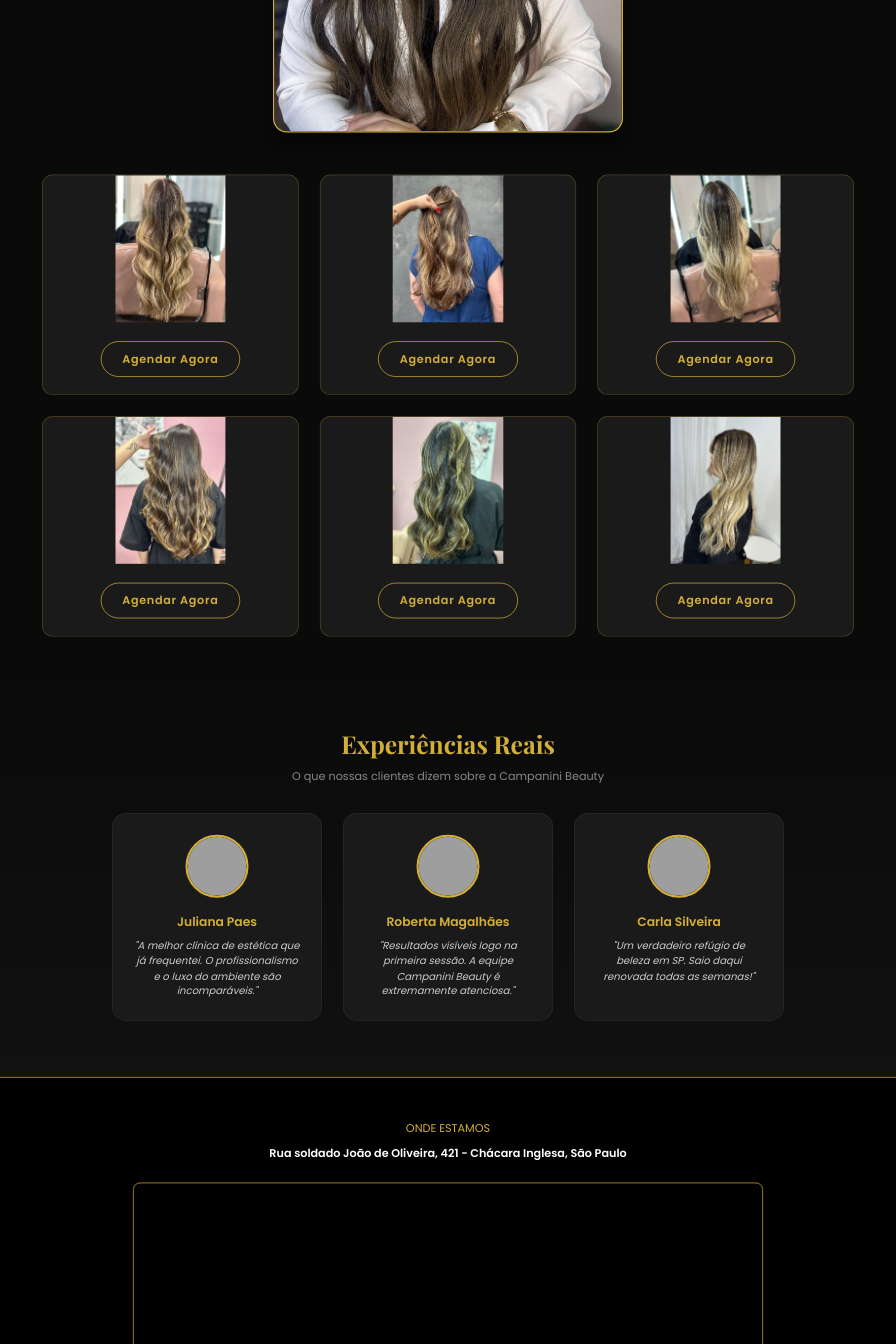
Repository: Sandro1969-tech/campanini-beauty
Page: index.html
The author's editor kept a copy of each file at every save. The page is drawn from the files as they stood at one save, then again after the next save.
The browser window is 1280 px wide. The pictures show the part of the page from y = 729 to 2649 px (the page is 2921 px tall before and 2941 px after), at 70% of full size.
Pictures or frames that could not be fetched are drawn as grey boxes.

Above is the page before, as saved 2026-02-17 19:55:58.

### index.html
<!DOCTYPE html>
<html lang="pt-br">
<head>
    <meta charset="UTF-8">
    <meta name="viewport" content="width=device-width, initial-scale=1.0">
    <title>Campanini Beauty | Clínica Premium</title>
    <link rel="icon" href="assets/image/favicon.png" type="image/x-icon">
    <link href="https://fonts.googleapis.com/css2?family=Playfair+Display:wght@700&family=Poppins:wght@300;400;600&display=swap" rel="stylesheet">
    <link rel="stylesheet" href="https://cdnjs.cloudflare.com/ajax/libs/font-awesome/6.0.0/css/all.min.css">

    <style>
        :root {
            --gold: #D4AF37;
            --gold-light: #F1D592;
            --black: #0a0a0a;
            --dark-gray: #1a1a1a;
            --white: #ffffff;
            --transition: all 0.4s cubic-bezier(0.175, 0.885, 0.32, 1.275);
        }

        .light-mode {
            --black: #f4f4f4;
            --dark-gray: #ffffff;
            --white: #0a0a0a;
        }

        * { margin: 0; padding: 0; box-sizing: border-box; }

        body {
            background-color: var(--black);
            color: var(--white);
            font-family: 'Poppins', sans-serif;
            transition: background 0.5s ease;
            overflow-x: hidden;
        }

        header {
            padding: 15px 30px;
            display: flex;
            justify-content: space-between;
            align-items: center;
            background: rgba(0,0,0,0.9);
            position: sticky;
            top: 0;
            z-index: 1000;
            border-bottom: 1px solid var(--gold);
        }

        .logo img { height: 50px; }

        .theme-switch { cursor: pointer; font-size: 1.5rem; color: var(--gold); }

        /* --- TÍTULO PULSANTE ATUALIZADO --- */
        .pulsing-title {
            font-family: 'Playfair Display', serif;
            font-size: 3.5rem;
            text-align: center;
            color: var(--gold);
            margin: 40px 0;
            animation: pulse 2.5s infinite;
            letter-spacing: 2px;
        }

        @keyframes pulse {
            0% { transform: scale(1); text-shadow: 0 0 5px rgba(212, 175, 55, 0.2); }
            50% { transform: scale(1.05); text-shadow: 0 0 25px var(--gold); }
            100% { transform: scale(1); text-shadow: 0 0 5px rgba(212, 175, 55, 0.2); }
        }

        /* --- IMAGEM PRINCIPAL CENTRALIZADA E MENOR --- */
        .hero {
            width: 100%;
            display: flex;
            justify-content: center;
            padding: 10px 20px;
        }

        .hero img {
            max-width: 500px; /* Tamanho reduzido para não ocupar a tela toda */
            width: 100%;
            height: auto;
            border-radius: 20px;
            object-fit: cover;
            border: 2px solid var(--gold);
            box-shadow: 0 15px 35px rgba(0,0,0,0.6);
        }

        /* --- GRID DE SERVIÇOS --- */
        .container { max-width: 1200px; margin: 50px auto; padding: 0 20px; }
        .grid { display: grid; grid-template-columns: repeat(auto-fit, minmax(280px, 1fr)); gap: 30px; }

        .card {
            background: var(--dark-gray);
            border: 1px solid rgba(212, 175, 55, 0.3);
            border-radius: 15px;
            overflow: hidden;
            text-align: center;
            padding-bottom: 25px;
            transition: var(--transition);
        }

        .card:hover {
            transform: translateY(-10px);
            border-color: var(--gold);
            box-shadow: 0 10px 30px rgba(212, 175, 55, 0.2);
        }

        .card img {
            width: 100%;
            height: 210px;
            object-fit: contain; /* Garante que a imagem não fique esticada */
        }

        /* --- SEÇÃO DE DEPOIMENTOS --- */
        .testimonials-section {
            padding: 80px 20px;
            background: linear-gradient(180deg, var(--black) 0%, #111 100%);
            text-align: center;
        }

        .testimonials-grid {
            display: flex;
            justify-content: center;
            flex-wrap: wrap;
            gap: 30px;
            margin-top: 40px;
        }

        .testimonial-card {
            background: var(--dark-gray);
            padding: 30px;
            border-radius: 20px;
            width: 300px;
            border: 1px solid rgba(212, 175, 55, 0.1);
            position: relative;
        }

        .testimonial-card img {
            width: 90px;
            height: 90px;
            border-radius: 50%;
            border: 3px solid var(--gold);
            margin-bottom: 15px;
            object-fit: cover;
        }

        .testimonial-card h4 { color: var(--gold); margin-bottom: 10px; font-size: 1.1rem; }
        .testimonial-card p { font-style: italic; font-size: 0.9rem; color: #ccc; line-height: 1.5; }

        .btn-booking {
            display: inline-block;
            margin-top: 20px;
            padding: 12px 30px;
            background: transparent;
            color: var(--gold);
            border: 1px solid var(--gold);
            border-radius: 50px;
            text-decoration: none;
            font-weight: 600;
            letter-spacing: 1px;
            transition: var(--transition);
        }

        .btn-booking:hover {
            background: var(--gold);
            color: var(--black);
            transform: scale(1.05);
        }

        /* WhatsApp */
        .whatsapp-float {
            position: fixed; bottom: 30px; right: 30px;
            background: #25d366; color: white;
            width: 60px; height: 60px; border-radius: 50%;
            display: flex; align-items: center; justify-content: center;
            font-size: 30px; z-index: 1000; text-decoration: none;
            box-shadow: 0 4px 15px rgba(0,0,0,0.3);
        }

        footer { padding: 60px 20px; text-align: center; border-top: 1px solid var(--gold); background: #000; }
        .map-container { margin: 30px auto; max-width: 900px; height: 350px; border: 1px solid var(--gold); border-radius: 10px; overflow: hidden; }

    </style>
</head>
<body>

    <header>
        <div class="logo">
            <img src="assets/image/Logo escrito 'Campan.png" alt="Campanini Beauty">
        </div>
        <div class="theme-switch" onclick="toggleTheme()">
            <i id="theme-icon" class="fas fa-moon"></i>
        </div>
    </header>

    <h1 class="pulsing-title">Campanini Beauty</h1>

    <div class="hero">
        <img src="assets/image/principal.jpg" alt="Destaque Campanini Beauty">
    </div>

    <div class="container">
        <div class="grid">
            <div class="card">
                <img src="assets/image/imagem1.jpg" alt="Procedimento">
                <a href="#" class="btn-booking">Agendar Agora</a>
            </div>
            <div class="card">
                <img src="assets/image/imagem2.jpg" alt="Procedimento">
                <a href="#" class="btn-booking">Agendar Agora</a>
            </div>
            <div class="card">
                <img src="assets/image/imagem3.jpg" alt="Procedimento">
                <a href="#" class="btn-booking">Agendar Agora</a>
            </div>
                        <div class="card">
                <img src="assets/image/imagem4.jpg" alt="Procedimento">
                <a href="#" class="btn-booking">Agendar Agora</a>
            </div>
            <div class="card">
                <img src="assets/image/imagem5.jpg" alt="Procedimento">
                <a href="#" class="btn-booking">Agendar Agora</a>
            </div>
            <div class="card">
                <img src="assets/image/imagem6.jpg" alt="Procedimento">
                <a href="#" class="btn-booking">Agendar Agora</a>
            </div>

        </div>
    </div>

    <section class="testimonials-section">
        <h2 style="font-family: 'Playfair Display'; color: var(--gold); font-size: 2.2rem; margin-bottom: 10px;">Experiências Reais</h2>
        <p style="color: #888;">O que nossas clientes dizem sobre a Campanini Beauty</p>

        <div class="testimonials-grid">
            <div class="testimonial-card">
                <img src="https://randomuser.me/api/portraits/women/32.jpg" alt="Cliente">
                <h4>Juliana Paes</h4>
                <p>"A melhor clínica de estética que já frequentei. O profissionalismo e o luxo do ambiente são incomparáveis."</p>
            </div>
            <div class="testimonial-card">
                <img src="https://randomuser.me/api/portraits/women/45.jpg" alt="Cliente">
                <h4>Roberta Magalhães</h4>
                <p>"Resultados visíveis logo na primeira sessão. A equipe Campanini Beauty é extremamente atenciosa."</p>
            </div>
            <div class="testimonial-card">
                <img src="https://randomuser.me/api/portraits/women/65.jpg" alt="Cliente">
                <h4>Carla Silveira</h4>
                <p>"Um verdadeiro refúgio de beleza em SP. Saio daqui renovada todas as semanas!"</p>
            </div>
        </div>
    </section>

    <footer>
        <p style="color: var(--gold); margin-bottom: 10px;">ONDE ESTAMOS</p>
        <p><strong>Rua soldado João de Oliveira, 421 - Chácara Inglesa, São Paulo</strong></p>

        <div class="map-container">
            <iframe src="https://www.google.com/maps/embed?pb=!1m18!1m12!1m3!1d3656.345!2d-46.638!3d-23.60!2m3!1f0!2f0!3f0!3m2!1i1024!2i768!4f13.1!3m3!1m2!1s0x0%3A0x0!2zMjPCsDM2JzAwLjAiUyA0NsKwMzgnMTYuOCJX!5e0!3m2!1spt-BR!2sbr!4v1620000000000" width="100%" height="100%" style="border:0;" allowfullscreen="" loading="lazy"></iframe>
        </div>

        <a href="#" class="insta-icon"><i class="fab fa-instagram"></i></a>
        <p style="margin-top: 20px; font-size: 0.8rem; color: #555;">© 2026 Campanini Beauty. Todos os direitos reservados.</p>
    </footer>

    <a href="https://wa.me/5511999999999" class="whatsapp-float">
        <i class="fab fa-whatsapp"></i>
    </a>

    <script>
        function toggleTheme() {
            const body = document.body;
            const icon = document.getElementById('theme-icon');
            body.classList.toggle('light-mode');
            if (body.classList.contains('light-mode')) {
                icon.className = 'fas fa-sun';
            } else {
                icon.className = 'fas fa-moon';
            }
        }
    </script>
</body>
</html>

After the next save:
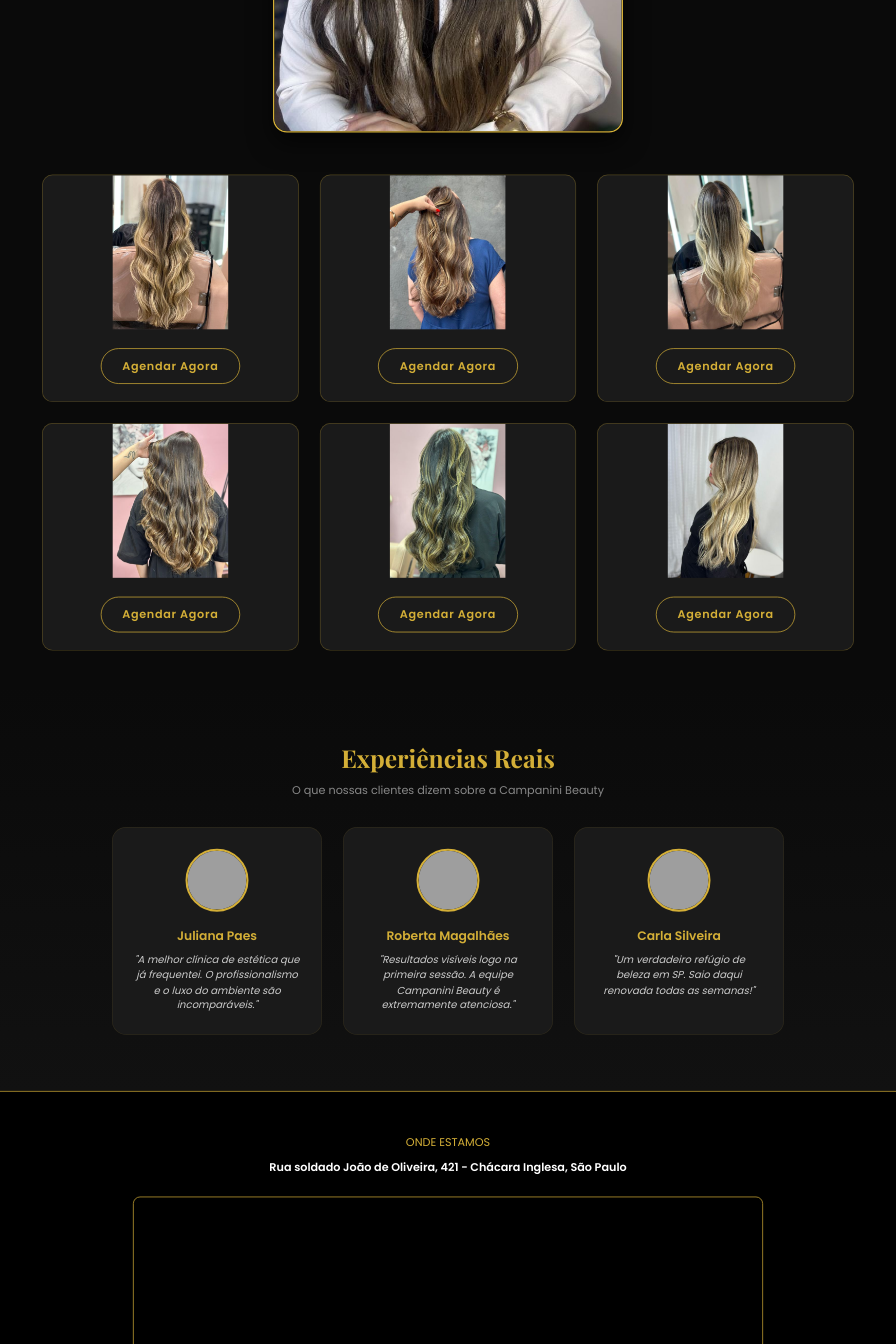
Saved 7 s later.
--- a/index.html
+++ b/index.html
@@ -107,7 +107,7 @@
 
         .card img {
             width: 100%;
-            height: 210px;
+            height: 220px;
             object-fit: contain; /* Garante que a imagem não fique esticada */
         }
 
